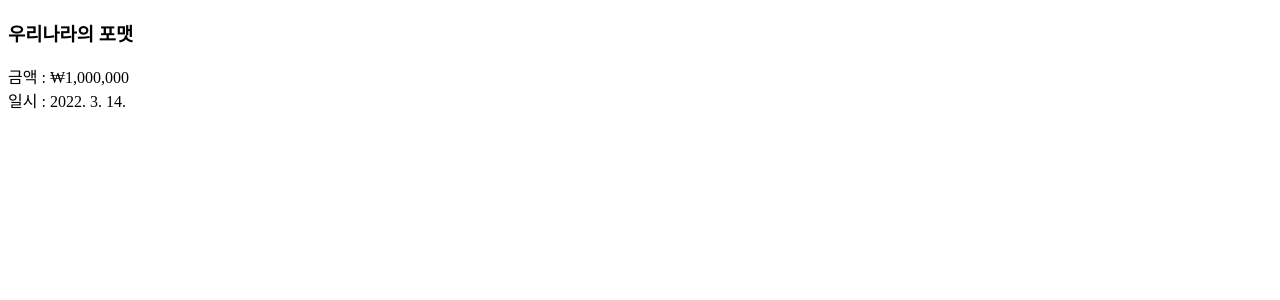
Repository: HyeogDo/Study_Java
Page: http://localhost/JSTL/jstl_13.jsp
The author's editor kept a copy of each file at every save. The page is drawn from the files as they stood at one save, then again after the next save.
The browser window is 1280 px wide. The pictures show the whole page.
The page is served by Tomcat 9.

Above is the page before, as saved 2022-03-21 03:39:16.

After the next save:
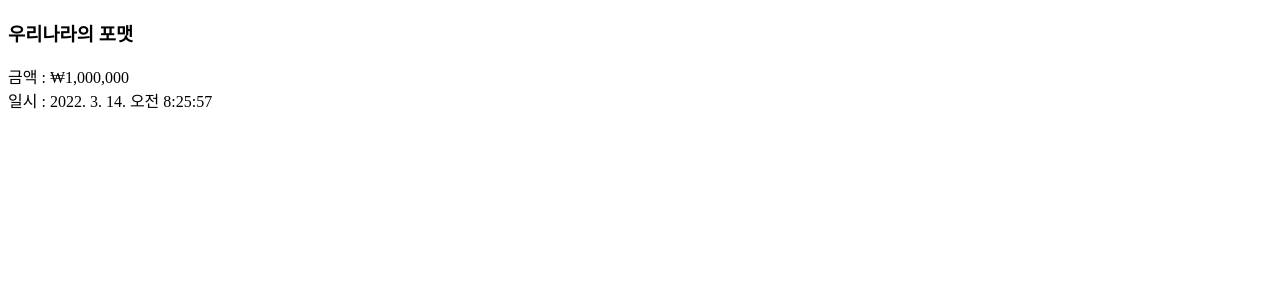
Saved 15 s later.
--- a/Servlets/JSTL/src/main/webapp/jstl_13.jsp
+++ b/Servlets/JSTL/src/main/webapp/jstl_13.jsp
@@ -15,6 +15,6 @@
 		<h3>우리나라의 포맷</h3>
 		<fmt:setLocale value="ko_kr"/>
 		금액 : <fmt:formatNumber value="1000000" type="currency"/><br>
-		일시 : <fmt:formatDate value="${date }"/>
+		일시 : <fmt:formatDate value="${date }" type="both"/>
 	</body>
 </html>
